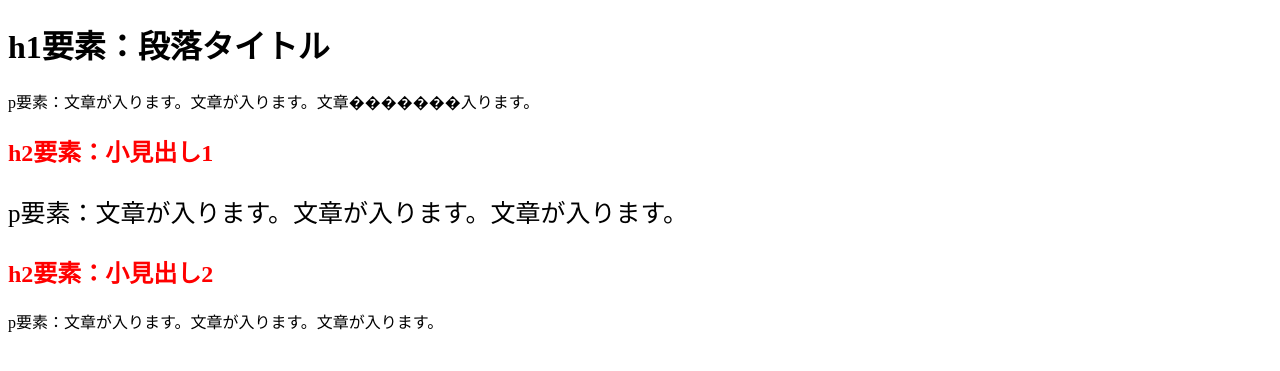
Repository: qedhourse580/samurai_HTML-CSS
Page: Untitled1.html
The author's editor kept a record of every edit. The page is drawn from the files as they stood at one moment, then again after the next edit.
The browser window is 1280 px wide. The pictures show the whole page.

Above is the page before.

After the next edit:
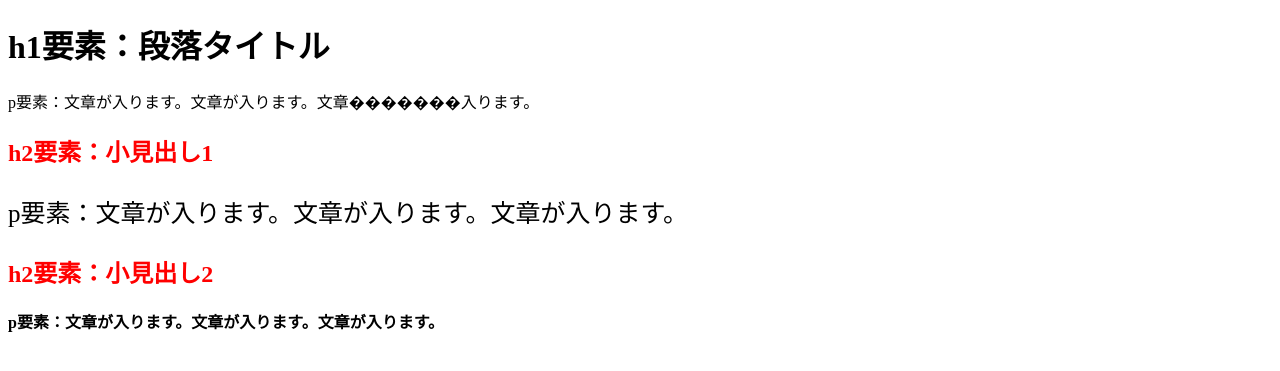
The edit:
--- a/Untitled1.html
+++ b/Untitled1.html
@@ -15,6 +15,6 @@
     <h2>h2要素：小見出し1</h2>
     <p style="font-size: 25px;">p要素：文章が入ります。文章が入ります。文章が入ります。</p>
     <h2>h2要素：小見出し2</h2>
-    <p>p要素：文章が入ります。文章が入ります。文章が入ります。</p>
+    <p style = "font-weight: bold;">p要素：文章が入ります。文章が入ります。文章が入ります。</p>
   </body>
 </html>
